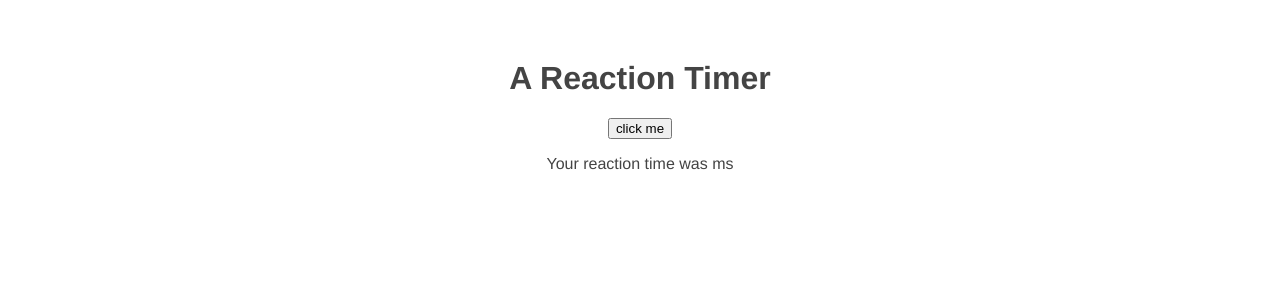
Repository: qudos4real/reaction-timer
Page: /
These files come from the project's save history. The page is drawn as it stood at one moment and after the next save; the edit follows.
The browser window is 1280 px wide. The pictures show the whole page.
The project was rebuilt for these pictures with package versions that can differ from the ones it lists, and the page was loaded fresh each time. Also part of the build but not shown: vue.config.js, src/components/Block.vue.

Above is the page before, as saved 2022-12-27 23:36:18.

After the next save:
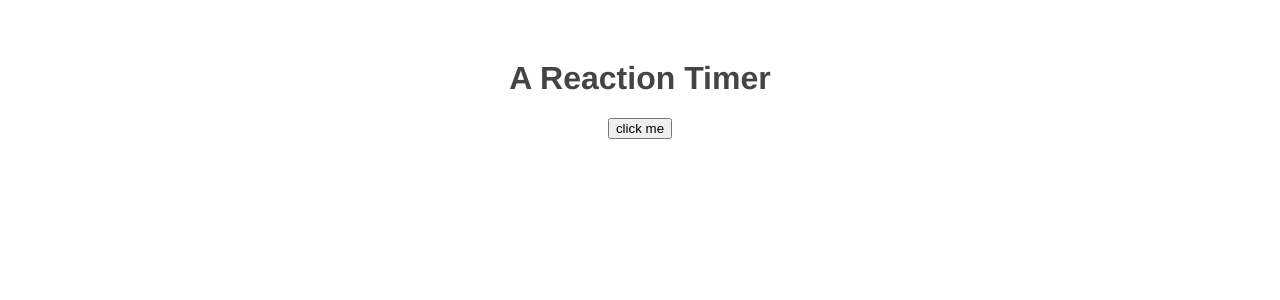
Saved 14 s later.
--- a/src/App.vue
+++ b/src/App.vue
@@ -2,7 +2,7 @@
  <h1>A Reaction Timer</h1>
  <button @click="start" v-bind:disabled="isPlaying">click me</button>
  <Block v-if="isPlaying" :delay="delay" @end="endGame"/>
- <p>Your reaction time was {{ score }} ms</p>
+ <p v-if="showResult">Your reaction time was {{ score }} ms</p>
 </template>
 
 <script>
